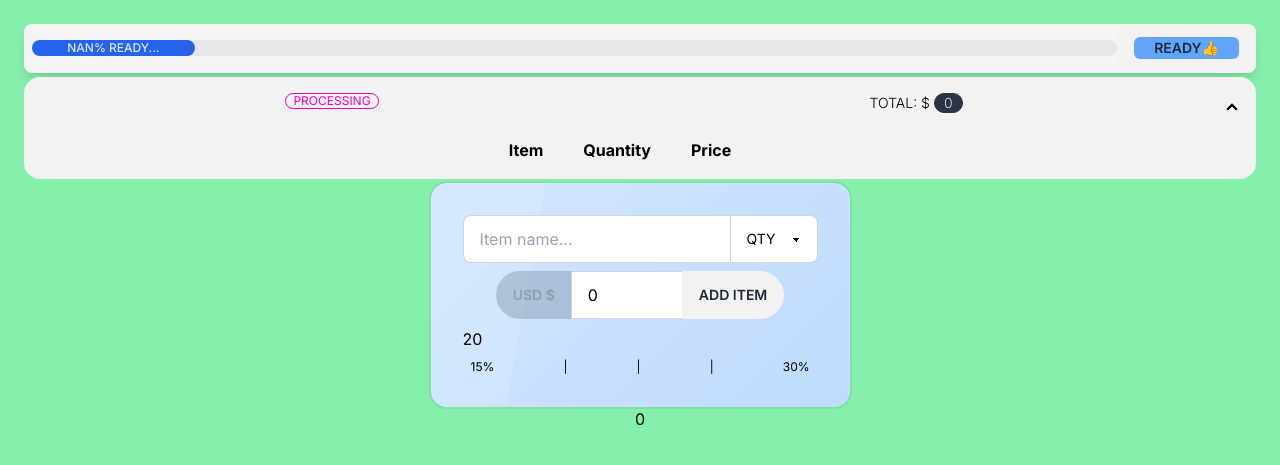
Repository: bitepay/bitepay-xyz
Page: /table
An editor plug-in stored every save of this project. The page is shown before and after the next save, followed by the edit.
The browser window is 1280 px wide. The pictures show the whole page.
The page's requests for data from a server got no answer. The project was rebuilt for these pictures with package versions that can differ from the ones it lists, and the page was loaded fresh each time. The framework's server and built-in components were replaced by stand-ins that run in the browser. No one was signed in, and anything a server would have sent is missing. Also part of the build but not shown: next.config.js.

Above is the page before, as saved 2023-06-27 23:42:21.

### src/pages/_app.js
import '@/styles/globals.css';
import { UserSocketProvider } from '@/context/UserSocketContext';

export default function App({ Component, pageProps }) {
  return (
    <UserSocketProvider>
      <Component {...pageProps} />
    </UserSocketProvider>
  )
}

### src/pages/table.js

// import Image from 'next/image'
import Head from "next/head"
// import Link from "next/link"
import { Inter } from 'next/font/google'

import { useUserSocketContext } from '@/context/UserSocketContext'

import { AddItemInput } from '@/components/AddItemInput'
import { ProgressBar } from '@/components/ProgressBar'
import { UserBill } from '@/components/UserBill'
import { MembersBill } from '@/components/MembersBill'

const inter = Inter({ subsets: ['latin'] })

export default function Table() {

  const { socket, user, tableMembers, setUser } = useUserSocketContext();

  if (user.tableID !== 0) {
    socket.emit('joinTable', user)
  }

  const handleUserDelete = (user, payload) => {
    socket.emit('userDeleteItem', {user, payload})
  };

  const handleUserUpdate = (user, payload) => {
    socket.emit('userUpdate', {user, payload})
  };

  const userUpdateStatus = (user) => {
    if (user.status === 'PROCESSING') {
      socket.emit('userUpdateStatus', { ...user, status: 'READY' })
    } else {
      socket.emit('userUpdateStatus', { ...user, status: 'PROCESSING' })
    }
  }

  return (
    <>
      <Head>
        <title>BitePay - Table</title>
        <meta name="description" content="The fastest and easiest way to divvy up the dining bill between your friends."></meta>
      </Head>

      <main className={`flex min-h-screen flex-col items-center p-6 ${inter.className} bg-green-300`} >

        <ProgressBar user={user} tableMembers={tableMembers} userUpdateStatus={userUpdateStatus} />
        <UserBill user={user} handleUserDelete={handleUserDelete} />
        <AddItemInput user={user} handleUserUpdate={handleUserUpdate} setUser={setUser} />
        <MembersBill tableMembers={tableMembers} userId={user.id}/>

      </main>
    </>
  )
}

### src/context/UserSocketContext.js
'use client';
import React, { createContext, useEffect, useState, useContext } from 'react'
import { io } from 'socket.io-client'


// Create a new context
const UserSocketContext = createContext({});

// Custom context provider component
export const UserSocketProvider = ({ children }) => {

  const [socket, setSocket] = useState(null);

  const [user, setUser] = useState({
    id: '',
    username: '',
    tableID: 0,
    myItems: [],
    tip: 15,
    total: 0,
    status: 'PROCESSING',
  });

  const [tableMembers, setTableMembers] = useState([]);

  // Establish the Socket.IO connection when the component mounts
  useEffect(() => {

    const socket = io('https://bitepay.xyz');
    setSocket(socket);

    socket.on('connect', () => {
      console.log('Successfully connected to the ws server!')
    })

    // set user id to the websocket id
    socket.on('setId', (data) => setUser((prevUser) => {
      prevUser.id = data
      return prevUser;
    }));

    // listen to events from ws server regarding members of the table
    socket.on('tableMembers', (data) => setTableMembers((prevTableMembers) => { return [...data.slice()] }));

    // listen to events from ws server regarding updates to tableMembers
    socket.on('tableMemberUpdate', (data) => {

      if (data.id === user.id) {
        setUser((prevUser) => {
          prevUser.myItems = data.myItems;
          prevUser.tip = data.tip;
          prevUser.total = data.total;
          prevUser.status = data.status;
          return prevUser;
        })
      }

      setTableMembers((prevTableMembers) => {
        return prevTableMembers.map((member) => {
          if (member.id === data.id) {
            member.myItems = data.myItems
            member.tip = data.tip
            member.total = data.total
            member.status = data.status
            return member
          } else {
            return member
          }
        })
      })
    });

    // listen to events from ws server regarding members leaving the table
    socket.on('userLeft', (data) => {
      setTableMembers((prevTableMembers) => {
        return prevTableMembers.filter((member) => {
          return member.id !== data.id
        })
      })
    });

    socket.on('disconnect', () => {
      console.log('Disconnected from the ws server!');
    });

    // Clean up the socket connection when the component unmounts
    return () => {
      socket.off('connect');
      socket.off('setId');
      socket.off('tableMembers');
      socket.off('tableMemberUpdate');
      socket.off('userLeft');
      socket.disconnect();
    };
  }, [user.id]);

  // Provide the socket object to the child components
  return (
    <UserSocketContext.Provider value={{socket, user, setUser, tableMembers, setTableMembers}}>
      {children}
    </UserSocketContext.Provider>
  );
};

// Export the SocketContext
export default UserSocketContext;

// Export a custom hook that can be used to consume this context
export const useUserSocketContext = () => useContext(UserSocketContext);

### src/components/AddItemInput.jsx
import { useState, useEffect } from 'react';

export const AddItemInput = ({ handleUserUpdate, user, setUser }) => {
	const [itemName, setItemName] = useState('');
	const [itemPrice, setItemPrice] = useState(0);
	const [itemQuantity, setItemQuantity] = useState(0);
	const [userTip, setUserTip] = useState(user.tip);

	useEffect(() => {
		setUserTip(user.tip)
	}, [])

	const handleClick = (e) => {
			e.preventDefault();
			if (itemQuantity === 0) {
					alert("Don't forget to add quantity!");
			}
			else if (itemPrice <= 0) {
					alert("Please don't forget to add your item's price!");
			}
			else if (itemName != "" && itemPrice > 0 && itemQuantity > 0) {
					const itemID = Math.ceil(Math.random()*1000000000);
					const payload = {itemID, itemName, itemPrice, itemQuantity};
					handleUserUpdate(user, payload);
					setItemName('');
					setItemPrice(0);
			} else {
					alert("Please fill out all fields");
			}
	}

	const handleTipChange = (e) => {
		setUser({...user, tip: parseInt(e.target.value)})
	}

	return (
		<>
			<div className="card glass bg-blue-200">
				<div className="card-body">
					<div className="join mx-auto">

						<input className="input input-bordered join-item max-w-34" placeholder="Item name..." value={itemName} onChange={(e) => {setItemName(e.target.value)}}/>

						<select className="select select-bordered join-item" value={itemQuantity} onChange={(e) => setItemQuantity(e.target.value)}>
							<option disabled value={0}>QTY</option>
							<option value={1/4}>
									1/4
							</option>
							<option value={1/3}>
									1/3
							</option>
							<option value={1/2}>
									1/2
							</option>
							<option value={1}>
									1
							</option>
							<option value={2}>
									2
							</option>
							<option value={3}>
									3
							</option>
							<option value={4}>
									4
							</option>
						</select>

					</div>
					<div className="mx-auto">
						<div className="join">
							<button className="btn join-item rounded-l-full" disabled="true">USD $</button>
							<input className="input input-bordered join-item w-28" placeholder="Price" type="number" value={itemPrice} onChange={(e) => {setItemPrice(e.target.value)}}/>
							<button className="btn join-item rounded-r-full" disabled={user.status === 'READY'} onClick={(e) => handleClick(e)}>ADD ITEM</button>
						</div>
					</div>
						<input type="number" min={15} max={30} value={20} className="range" step="1" onChange={(e) => handleTipChange(e)} />
						<div className="w-full flex justify-between text-xs px-2">
							<span>15%</span>
							<span>|</span>
							<span>|</span>
							<span>|</span>
							<span>30%</span>
						</div>
				</div>
			</div>
		</>
	)
};

### src/components/ProgressBar.jsx
import { useState, useEffect } from 'react';

export const ProgressBar = ({ tableMembers, user, userUpdateStatus }) => {

  const [progress, setProgress] = useState(0);

  useEffect(() => {
    const completed = tableMembers.filter((member) => member.status === 'READY');
    const progress = Math.round(100 * ((completed.length / tableMembers.length) * 100)) / 100;
    setProgress(progress);

    console.log(`Re-render triggered from tableMember update in ProgressBar. Progress is now ${progress}%`)
  }, [tableMembers])

  const progressBar = (progress) => {
    if (progress === 100) {
      return (
          <div className="w-full bg-gray-200 rounded-full dark:bg-gray-700">
            <div className="bg-green-600 text-xs font-medium text-green-100 text-center p-0.5 leading-none rounded-full" style={{width: `${progress}%`}}> {progress}% COMPLETE! </div>
          </div>
      )
    } else {
      return (
        <div className="w-full bg-gray-200 rounded-full dark:bg-gray-700">
            <div className="bg-blue-600 text-xs font-medium text-blue-100 text-center p-0.5 leading-none rounded-full" style={{width: `${progress < 15 ? 15 : progress}%`}}> {progress}% READY... </div>
          </div>
      )
    }
  }

  const handleChange = () => {
    userUpdateStatus(user)
  }

  const toggleStatusButton = (status) => {
    return (
      <label className="btn swap swap-rotate">

        {/* this hidden checkbox controls the state */}
        <input type="checkbox" onChange={() => handleChange()} checked={user.status === 'READY'}/>

        {/* ready icon */}

        <div class="swap-on bg-red-400 p-1 rounded-md">Make changes</div>
        <div class="swap-off bg-blue-400 p-1 rounded-md">Ready👍</div>

        {/* not ready icon */}


      </label>
    )

  }



  return (

      <div className="w-full flex items-center justify-between mb-.5 mx-auto pl-2 overflow-hidden rounded-lg shadow-lg bg-gray-100 uppercase border-b border-gray-100">
          {progressBar(progress)}
        <div id="final-bill-button">
          {toggleStatusButton(user.status)}
        </div>
      </div>

  )
}

### src/components/UserBill.jsx
export const UserBill = ({ user, handleUserDelete }) => {

  const UserItem = (item) => {
    const { itemID, itemName, itemPrice, itemQuantity } = item

    return (
      <tr key={`user-item-${itemID}`}>
				<td className="px-5">{itemName}</td>
				<td className="px-5">{itemQuantity}</td>
				<td className="px-5">{itemPrice}</td>
				{/* This is where we need to add the delete button for User delete feature */}
				<td className="px-5"><button className="btn btn-outline btn-error" onClick={() => handleUserDelete(user, item)} disabled={user.status === 'READY'}>DELETE</button></td>
			</tr>
    )
  }

  return (
    <div className="collapse collapse-arrow bg-base-200 m-1">
      <input type="radio" name="my-accordion-2" defaultChecked="true"/>
      <div className="collapse-title">
        {/* This is where we need to render name, status, and total */}
        <div className="flex justify-around">
          <div className="flex flex-col">
            <div className="text-lg font-medium">
              {user.username}
            </div>
            <div className={`badge badge-sm text-xs ${user.status === 'READY' ? 'badge-accent' : 'badge-secondary badge-outline'}`}>
              {user.status === 'READY' ? 'READY' : 'PROCESSING'}
            </div>
          </div>
          <div className="text-sm font-light my-auto">
            TOTAL{': $ '}
            <div className={`badge ${user.status === 'READY' ? 'badge-primary' : 'badge-neutral'}`}>
              {user.total}
            </div>
          </div>

        </div>
      </div>
      <div className="collapse-content">
        {/* This is where I need to map through user items */}
        <table className="table-auto mx-auto">
          <thead>
            <tr>
              <th className="px-5">Item</th>
              <th className="px-5">Quantity</th>
              <th className="px-5">Price</th>
              <th className="px-5"></th>
            </tr>
          </thead>
          <tbody>
            {user.myItems.map((item) => UserItem(item))}
          </tbody>
        </table>
      </div>
    </div>
  )
}

### src/components/MembersBill.jsx
export const MembersBill = ({ tableMembers, userId }) => {

  const MemberItem = (item) => {
    const { itemID, itemName, itemPrice, itemQuantity } = item

    return (
      <tr key={`member-item-${itemID}`}>
        <td className="px-5">{itemName}</td>
        <td className="px-5">{itemQuantity}</td>
        <td className="px-5">{itemPrice}</td>
        <td className="px-5">{' '}</td>
      </tr>
    )
  }

  return (
    <>
      {tableMembers.length && tableMembers.map((member) => {
        if (member.id !== userId) {
          return (
            <div key={`${member.id}-list-items`} className="collapse collapse-arrow bg-base-200 m-1">
              <input type="radio" name="my-accordion-2"/>
              <div className="collapse-title text-xl font-medium">
                {/* This is where we need to render name, status, and total */}
                {member.username}
              </div>
              <div className="collapse-content">
              <table className="table-auto mx-auto">
                <thead>
                  <tr>
                    <th className="px-5">Item</th>
                    <th className="px-5">Quantity</th>
                    <th className="px-5">Price</th>
                    <th className="px-5"></th>
                  </tr>
                </thead>
                <tbody>
                  {member.myItems?.length ? member.myItems.map((item) => MemberItem(item)) : <tr key="user-no-items"><td>No items yet</td></tr>}
                </tbody>
                </table>
              </div>
            </div>
          )
        }
      })}
    </>
  )
};

### tailwind.config.js
/** @type {import('tailwindcss').Config} */
module.exports = {
  content: [
    './src/pages/**/*.{js,ts,jsx,tsx,mdx}',
    './src/components/**/*.{js,ts,jsx,tsx,mdx}',
    './src/app/**/*.{js,ts,jsx,tsx,mdx}',
  ],
  theme: {
    extend: {
      backgroundImage: {
        'gradient-radial': 'radial-gradient(var(--tw-gradient-stops))',
        'gradient-conic':
          'conic-gradient(from 180deg at 50% 50%, var(--tw-gradient-stops))',
      },
    },
  },
  daisyui: {
    themes: [
      "light",
      "dark"
    ],
  },
  plugins: [require("daisyui")],
}

Loaded but not shown: src/pages/_document.js (common file); src/styles/globals.css (common file)

After the next save:
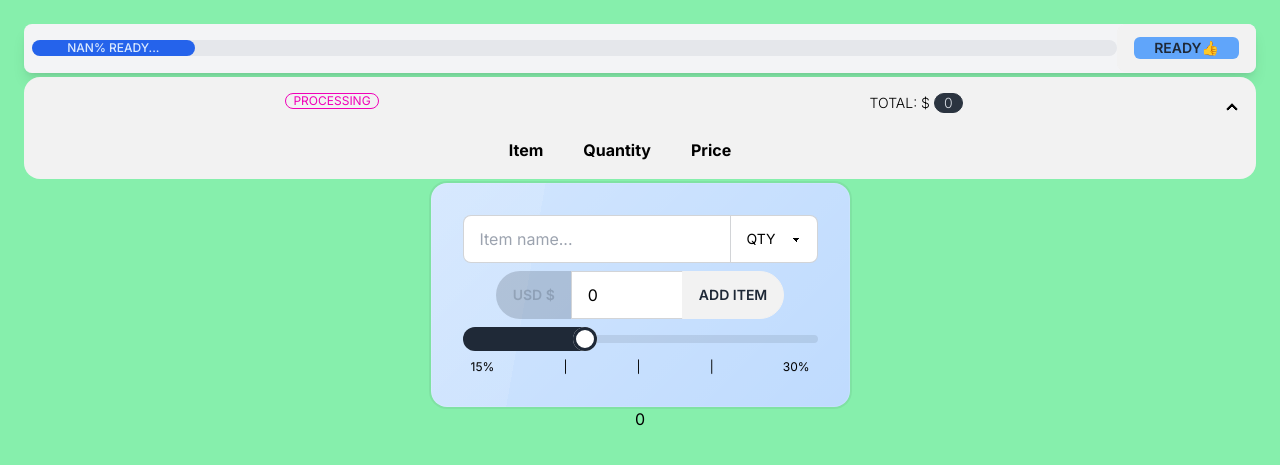
Saved 7 s later.
--- a/src/components/AddItemInput.jsx
+++ b/src/components/AddItemInput.jsx
@@ -74,7 +74,7 @@ export const AddItemInput = ({ handleUserUpdate, user, setUser }) => {
 							<button className="btn join-item rounded-r-full" disabled={user.status === 'READY'} onClick={(e) => handleClick(e)}>ADD ITEM</button>
 						</div>
 					</div>
-						<input type="number" min={15} max={30} value={20} className="range" step="1" onChange={(e) => handleTipChange(e)} />
+						<input type="range" min={15} max={30} value={20} className="range" step="1" onChange={(e) => handleTipChange(e)} />
 						<div className="w-full flex justify-between text-xs px-2">
 							<span>15%</span>
 							<span>|</span>
